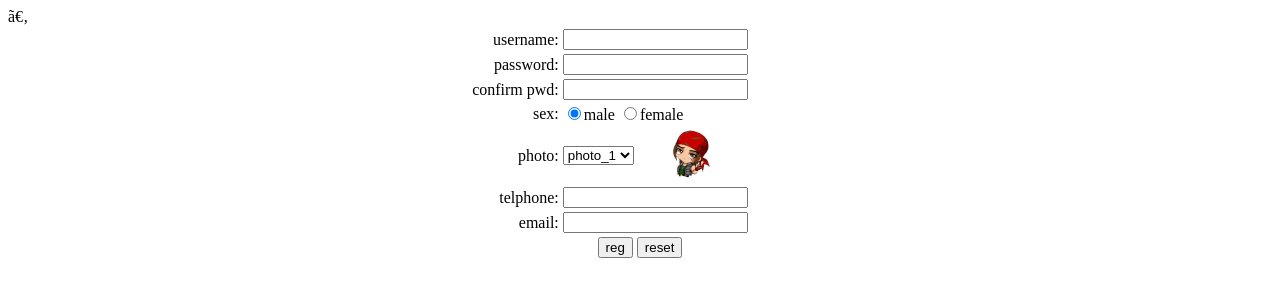
Repository: GetHubByYc/MyEclipse
Page: http://localhost/CheckLogin/reg.jsp
An editor plug-in stored every save of this project. The page is shown before and after the next save, followed by the edit.
The browser window is 1280 px wide. The pictures show the whole page.
The page is served by Tomcat 9. Nobody is signed in. The application's start-up code is not run. Other server files are loaded and not shown.

Above is the page before, as saved 2015-11-14 03:00:50.

### CheckLogin/WebRoot/reg.jsp
 。<%@ page language="java" import="java.util.*" pageEncoding="ISO-8859-1"%>

<!DOCTYPE HTML PUBLIC "-//W3C//DTD HTML 4.01 Transitional//EN">
<html>
  <head>
    <title>My JSP 'reg.jsp' starting page</title>

	<meta http-equiv="pragma" content="no-cache">
	<meta http-equiv="cache-control" content="no-cache">
	<meta http-equiv="expires" content="0">
	<meta http-equiv="keywords" content="keyword1,keyword2,keyword3">
	<meta http-equiv="description" content="This is my page">
	<!--
	<link rel="stylesheet" type="text/css" href="styles.css">
	-->
 <script type="text/javascript">
	function change(){
		var op1 = document.getElementById("photo_img");
		var photo = document.getElementById("photo");
		var index=photo.selectedIndex ;
		op1.setAttribute("src", photo.options[index].value);
	}
</script>
  </head>

  <body>
  <form action="servlet/RegServlet" method="post" onSubmit="return reg(this);">
    <table align="center" width="450" border="0">
    	<tr>
    		<td align="right">username:</td>
    		<td><input type="text" name="username" ></td>
    	</tr>
    	<tr>
    		<td align="right">password:</td>
    		<td><input type="text" name="pwd" ></td>
    	</tr>
    	<tr>
    		<td align="right">confirm pwd:</td>
    		<td><input type="text" name="repwd" ></td>
    	</tr>
    	<tr>
    		<td align="right">sex:</td>
    		<td>
    			<input type="radio" name="sex" value="male" checked="checked">male
    			<input type="radio" name="sex" value="fmale">female
    		</td>

    	</tr>
    	<tr>
    		<td align="right">photo:</td>
    		<td>
    			<select name="photo" id="photo" onchange="change();" style="position:relative;top:-18px">
    				<option value="images/avatar_Dante_small1.jpg" selected="selected">photo_1</option>
    				<option value="images/avatar_Go_small1.jpg">photo_2</option>
    			</select>
    			<img id="photo_img" style="width:50px;height:50px;position:relative;left:30px" src="images/avatar_Dante_small1.jpg"/>
    		</td>
    	</tr>
    	<tr>
    		<td align="right">telphone:</td>
    		<td><input type="text" name="tel" ></td>
    	</tr>
    	<tr>
    		<td align="right">email:</td>
    		<td><input type="text" name="email" ></td>
    	</tr>
    	<tr>
    		<td colspan="2" align="center">
    			<input type="submit" value="reg">
    			<input type="reset" value="reset">
    		</td>
    	</tr>
    </table>
    </form>
  </body>
</html>

After the next save:
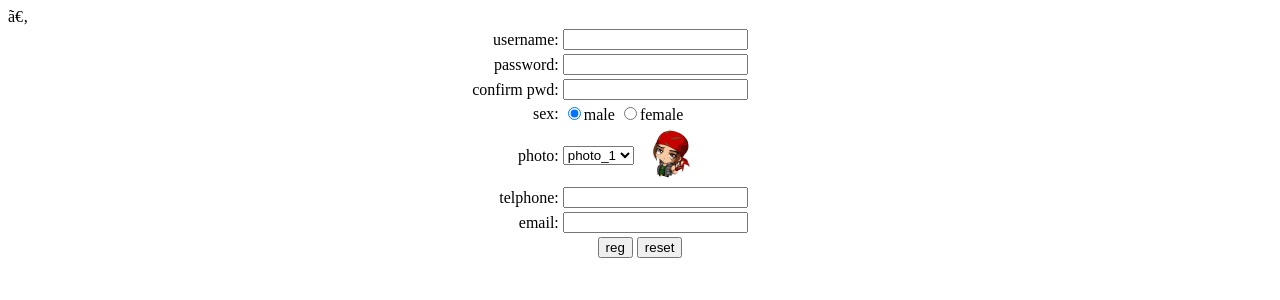
Saved 15 s later.
--- a/CheckLogin/WebRoot/reg.jsp
+++ b/CheckLogin/WebRoot/reg.jsp
@@ -53,7 +53,7 @@
     				<option value="images/avatar_Dante_small1.jpg" selected="selected">photo_1</option>
     				<option value="images/avatar_Go_small1.jpg">photo_2</option>
     			</select>
-    			<img id="photo_img" style="width:50px;height:50px;position:relative;left:30px" src="images/avatar_Dante_small1.jpg"/>
+    			<img id="photo_img" style="width:50px;height:50px;position:relative;left:10px" src="images/avatar_Dante_small1.jpg"/>
     		</td>
     	</tr>
     	<tr>
